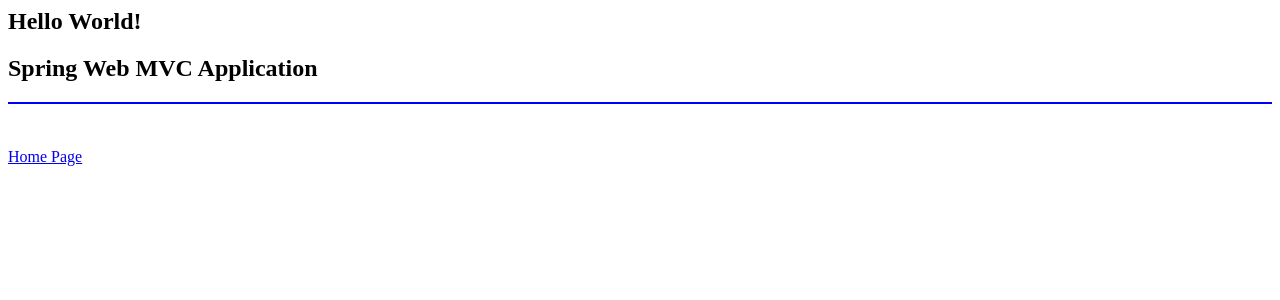
Repository: bharatiba/spring-training
Page: http://localhost/spring-web/
These files come from the project's save history. The page is drawn as it stood at one moment and after the next save; the edit follows.
The browser window is 1280 px wide. The pictures show the whole page.
The page is served by Tomcat 9.

Above is the page before, as saved 2022-03-01 11:15:47.

After the next save:
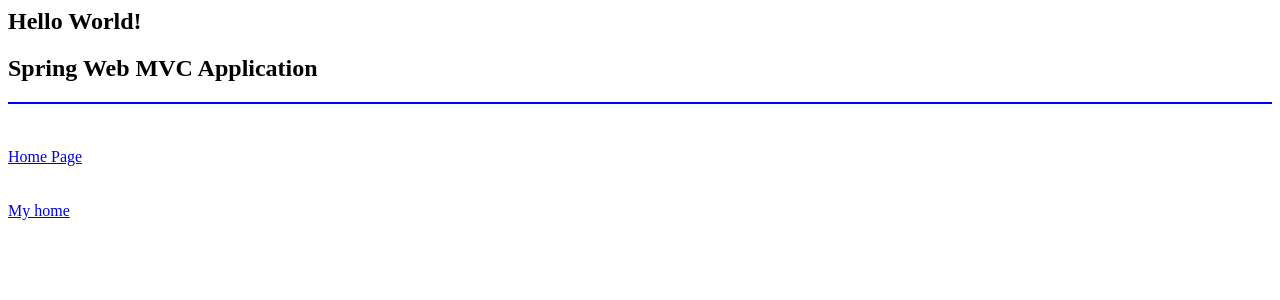
Saved 9 s later.
--- a/spring-web/src/main/webapp/index.jsp
+++ b/spring-web/src/main/webapp/index.jsp
@@ -10,7 +10,7 @@
 <br><br>
 
 <br>
-<a href="myHome>My home</a>
+<a href="myHome">My home</a>
 <br>
 
 
